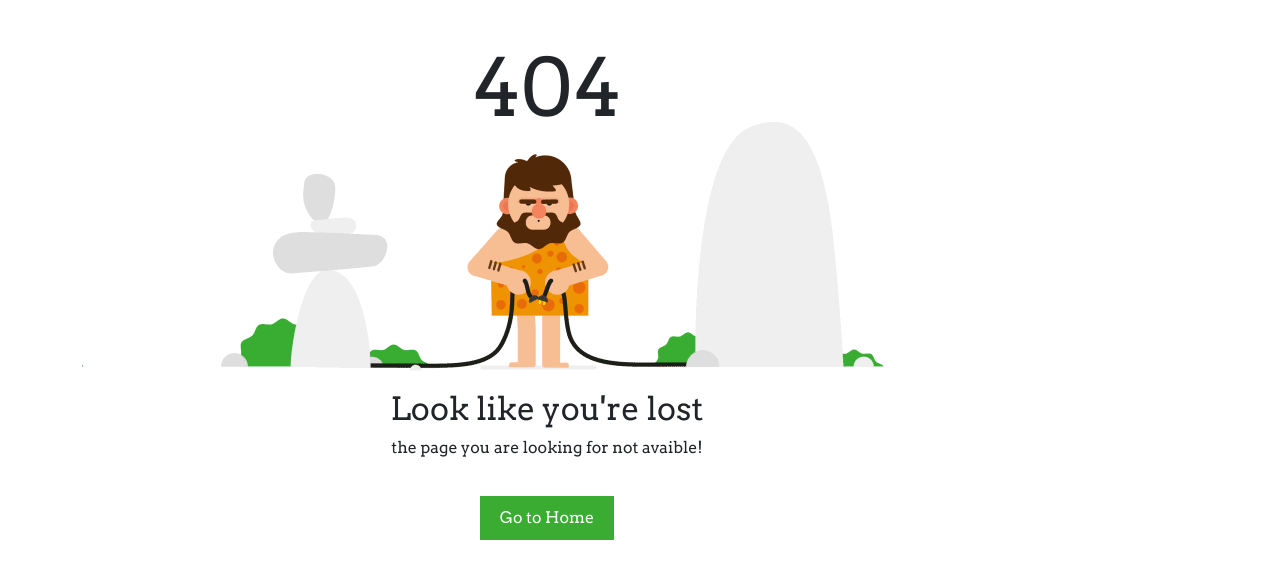
Repository: Delos-343/404-ERROR
Page: index.html
The author's editor kept a copy of each file at every save. The page is drawn from the files as they stood at one save, then again after the next save.
The browser window is 1280 px wide. The pictures show the whole page.

Above is the page before, as saved 2021-08-07 11:04:54.

After the next save:
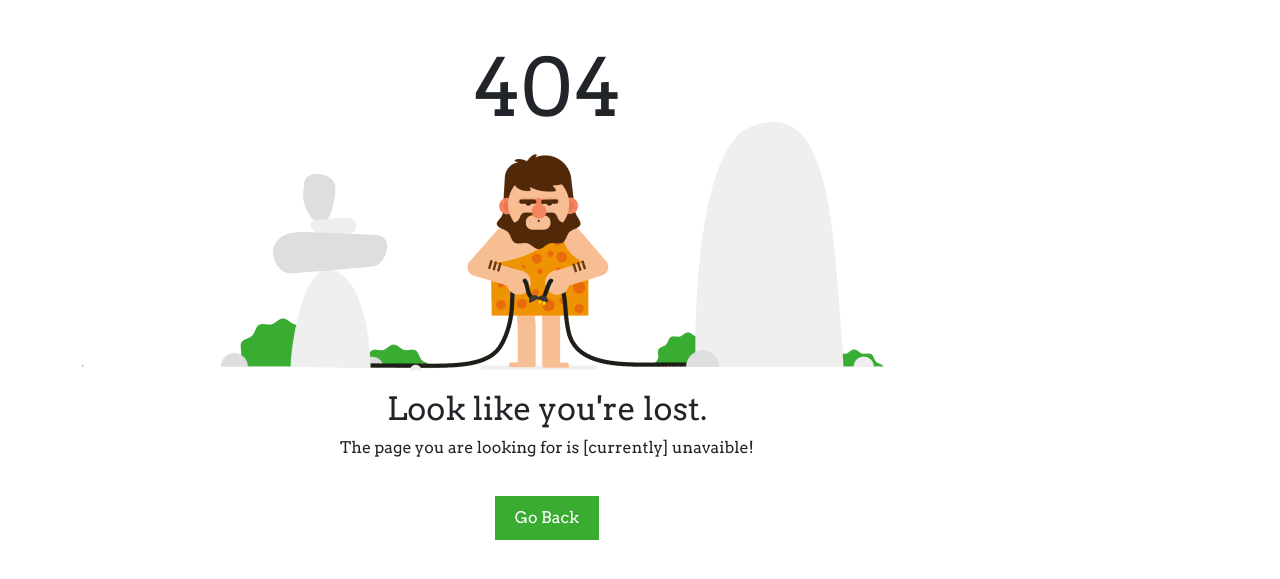
Saved 259 days later.
--- a/index.html
+++ b/index.html
@@ -7,7 +7,7 @@
     <link rel="stylesheet" href="https://cdn.jsdelivr.net/npm/bootstrap@5.1.0/dist/css/bootstrap.min.css">
     <link rel='stylesheet' href='https://fonts.googleapis.com/css?family=Arvo'>
     <link rel="stylesheet" href="style.css">
-    <title>404 error | Coderider</title>
+    <title>Error 404 | Delos-343</title>
 </head>
 <body>
     <section class="page_404">
@@ -22,12 +22,12 @@
 
                 <div class="contant_box_404">
                   <h3 class="h2">
-                    Look like you're lost
+                    Look like you're lost.
                   </h3>
 
-                  <p>the page you are looking for not avaible!</p>
+                  <p>The page you are looking for is [currently] unavaible!</p>
 
-                  <a href="" class="link_404">Go to Home</a>
+                  <a href="" class="link_404">Go Back</a>
                 </div>
               </div>
             </div>
